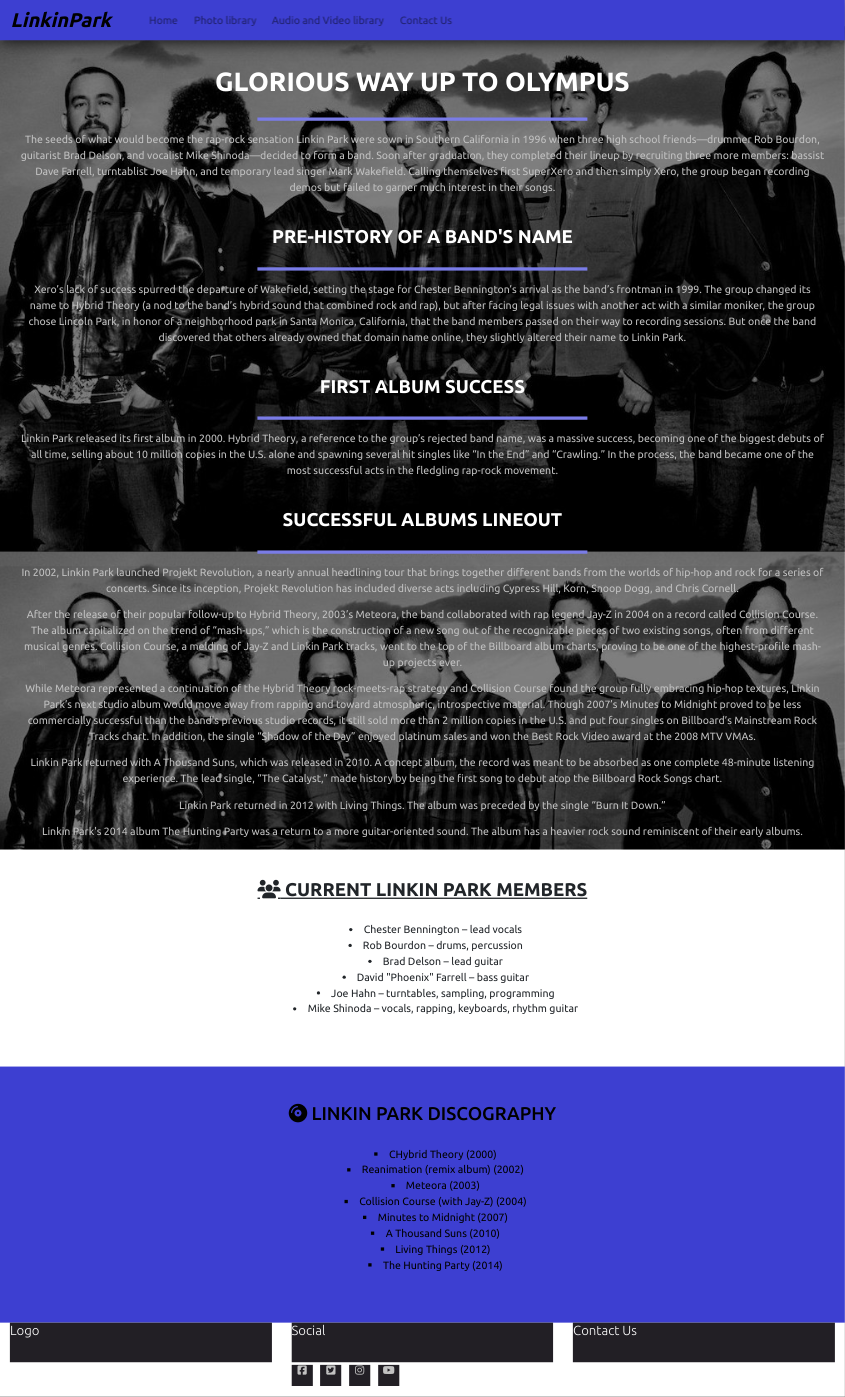
Repository: vaida898/website
Page: index.html
The author's editor kept a record of every edit. The page is drawn from the files as they stood at one moment, then again after the next edit.
The browser window is 1280 px wide. The pictures show the whole page, at 66% of full size.
Backgrounds fixed to the window are drawn as part of the page. Some web libraries are served in a nearby version.

Above is the page before.
Console error: TypeError: Cannot read properties of undefined (reading 'fn')

### index.html
<!DOCTYPE html>
<html lang="en">

<head>
    <meta charset="UTF-8">
    <meta name="viewport" content="width=device-width, initial-scale=1.0">
    <meta http-equiv="X-UA-Compatible" content="ie=edge">
    <title>LinkinPark website</title>

    <link rel="stylesheet" href="https://stackpath.bootstrapcdn.com/bootstrap/4.3.1/css/bootstrap.min.css" integrity="sha384-ggOyR0iXCbMQv3Xipma34MD+dH/1fQ784/j6cY/iJTQUOhcWr7x9JvoRxT2MZw1T" crossorigin="anonymous">
    <script src="https://kit.fontawesome.com/642fee131a.js" crossorigin="anonymous"></script>
    <script src="https://stackpath.bootstrapcdn.com/bootstrap/4.3.1/js/bootstrap.min.js" integrity="sha384-JjSmVgyd0p3pXB1rRibZUAYoIIy6OrQ6VrjIEaFf/nJGzIxFDsf4x0xIM+B07jRM" crossorigin="anonymous"></script>
    <link rel="stylesheet" href="https://cdnjs.cloudflare.com/ajax/libs/hover.css/2.3.1/css/hover-min.css" type="text/css" />
    <!-- Google font "Ubuntu" -->

    <link href="https://fonts.googleapis.com/css?family=Ubuntu:300,400,500,600,700&display=swap" rel="stylesheet">
    <link rel="stylesheet" href="css/style.css" type="text/css" />

</head>

<body>

    <!-- Navigation bar -->

    <header>
        <div class="container-fluid navalert-container">
            <nav class="navbar navbar-light navbar-expand-sm" style="background-color: #3D3FD1">
                <a target="_blank" href="#">
                    <i class="brand">LinkinPark</i>
                </a>
                <button class="navbar-toggler ml-auto" type="button" data-toggle="collapse" data-target="#navbarNavDropdown" aria-controls="navbarNavDropdown" aria-expanded="false" aria-label="Toggle navigation">
        <span class="navbar-toggler-icon"></span></button>

                <div id="navbarNavDropdown" class="collapse navbar-collapse">
                    <ul class="navbar-nav mr-auto">
                        <li class="nav-item mr-2 hvr-glow"><a class="nav-link" href="/">Home</a></li>
                        <li class="nav-item mr-2 hvr-glow"><a class="nav-link" href="/Photo library">Photo library</a></li>
                        <li class="nav-item mr-2 hvr-glow"><a class="nav-link" href="/Audio and Video library">Audio and Video library</a></li>
                        <li class="nav-item mr-2 hvr-glow"><a class="nav-link" href="/Contact Us">Contact Us</a></li>
                    </ul>
                </div>
            </nav>
        </div>
    </header>

    <!-- Band's history section -->

    <div class="container-fluid history-container">
        <div class="opaque-overlay">&nbsp;</div>
        <section class="about us">
            <div class="row no-gutters">
                <div class="col-sm-12 col-lg-12 page-header">
                    <h1 class="text-uppercase jumbotron-header page-header">Glorious way up to olympus</h1>
                    <hr class="block-divider">
                </div>
            </div>
            <div class="row no-gutters">
                <div class="col-12">
                    <p class="jumbotron-text">The seeds of what would become the rap-rock sensation Linkin Park were sown in Southern California in 1996 when three high school friends—drummer Rob Bourdon, guitarist Brad Delson, and vocalist Mike Shinoda—decided to form a band.
                        Soon after graduation, they completed their lineup by recruiting three more members: bassist Dave Farrell, turntablist Joe Hahn, and temporary lead singer Mark Wakefield. Calling themselves first SuperXero and then simply Xero,
                        the group began recording demos but failed to garner much interest in their songs.</p>
                </div>
            </div>


            <div class="row no-gutters">
                <div class="col-12">
                    <h3 class="text-uppercase jumbotron-paragraph page-header">Pre-history of a band's name</h3>
                    <hr class="block-divider">
                    <p class="jumbotron-text">Xero’s lack of success spurred the departure of Wakefield, setting the stage for Chester Bennington’s arrival as the band’s frontman in 1999. The group changed its name to Hybrid Theory (a nod to the band’s hybrid sound that combined
                        rock and rap), but after facing legal issues with another act with a similar moniker, the group chose Lincoln Park, in honor of a neighborhood park in Santa Monica, California, that the band members passed on their way to recording
                        sessions. But once the band discovered that others already owned that domain name online, they slightly altered their name to Linkin Park.</p>
                </div>
            </div>

            <div class="row no-gutters">
                <div class="col-12">
                    <h3 class="text-uppercase jumbotron-paragraph page-header">First Album success</h3>
                    <hr class="block-divider">
                    <p class="jumbotron-text">Linkin Park released its first album in 2000. Hybrid Theory, a reference to the group’s rejected band name, was a massive success, becoming one of the biggest debuts of all time, selling about 10 million copies in the U.S. alone and
                        spawning several hit singles like “In the End” and “Crawling.” In the process, the band became one of the most successful acts in the fledgling rap-rock movement.</p>
                </div>
            </div>

            <div class="row no-gutters">
                <div class="col-12">
                    <h3 class="text-uppercase jumbotron-paragraph page-header">Successful albums lineout</h3>
                    <hr class="block-divider">
                    <p class="jumbotron-text">In 2002, Linkin Park launched Projekt Revolution, a nearly annual headlining tour that brings together different bands from the worlds of hip-hop and rock for a series of concerts. Since its inception, Projekt Revolution has included
                        diverse acts including Cypress Hill, Korn, Snoop Dogg, and Chris Cornell.</p>

                    <p class="jumbotron-text">After the release of their popular follow-up to Hybrid Theory, 2003’s Meteora, the band collaborated with rap legend Jay-Z in 2004 on a record called Collision Course. The album capitalized on the trend of “mash-ups,” which is the
                        construction of a new song out of the recognizable pieces of two existing songs, often from different musical genres. Collision Course, a melding of Jay-Z and Linkin Park tracks, went to the top of the Billboard album charts, proving
                        to be one of the highest-profile mash-up projects ever.</p>

                    <p class="jumbotron-text">While Meteora represented a continuation of the Hybrid Theory rock-meets-rap strategy and Collision Course found the group fully embracing hip-hop textures, Linkin Park’s next studio album would move away from rapping and toward atmospheric,
                        introspective material. Though 2007’s Minutes to Midnight proved to be less commercially successful than the band's previous studio records, it still sold more than 2 million copies in the U.S. and put four singles on Billboard’s
                        Mainstream Rock Tracks chart. In addition, the single “Shadow of the Day” enjoyed platinum sales and won the Best Rock Video award at the 2008 MTV VMAs.</p>

                    <p class="jumbotron-text">Linkin Park returned with A Thousand Suns, which was released in 2010. A concept album, the record was meant to be absorbed as one complete 48-minute listening experience. The lead single, “The Catalyst,” made history by being the
                        first song to debut atop the Billboard Rock Songs chart.</p>

                    <p class="jumbotron-text">Linkin Park returned in 2012 with Living Things. The album was preceded by the single “Burn It Down.”</p>

                    <p class="jumbotron-text">Linkin Park's 2014 album The Hunting Party was a return to a more guitar-oriented sound. The album has a heavier rock sound reminiscent of their early albums.</p>
                </div>
            </div>
        </section>
    </div>
    </div>
    </div>


    <!-- Members -->

    <div class="container-wrapper">
        <div class="container members-container">
            <section class="Band members text-center">
                <div class="row">
                    <div class="col-12 col-md-12 my-4">
                        <h3 class="text-uppercase members-header"><i class="fas fa-users d-none d-sm-inline"></i> Current Linkin Park members</h3>
                    </div>
                </div>
                <div class="row">
                    <div class="col-12 col-md-12">
                        <ul class="members-list">
                            <li class="members-list-item">Chester Bennington – lead vocals</li>
                            <li class="members-list-item">Rob Bourdon – drums, percussion</li>
                            <li class="members-list-item">Brad Delson – lead guitar</li>
                            <li class="members-list-item">David "Phoenix" Farrell – bass guitar</li>
                            <li class="members-list-item">Joe Hahn – turntables, sampling, programming</li>
                            <li class="members-list-item">Mike Shinoda – vocals, rapping, keyboards, rhythm guitar</li>
                        </ul>
                    </div>
                </div>
            </section>
        </div>
    </div>

    <!--Discography -->

    <div class="container-wrapper container-wrapper--blue">
        <div class="container discography-container">
            <section class="Band discography text-center">
                <div class="row">
                    <div class="col-12 col-md-12 my-4">
                        <h3 class="text-uppercase discs-header"><i class="fas fa-compact-disc d-none d-sm-inline"></i> Linkin Park discography</h3>
                    </div>
                </div>
                <div class="row">
                    <div class="col-12 col-md-12">
                        <ul class="disks-list">
                            <li class="disks-list-item">CHybrid Theory (2000)</li>
                            <li class="disks-list-item">Reanimation (remix album) (2002)</li>
                            <li class="disks-list-item">Meteora (2003)</li>
                            <li class="disks-list-item">Collision Course (with Jay-Z) (2004)</li>
                            <li class="disks-list-item">Minutes to Midnight (2007)</li>
                            <li class="disks-list-item">A Thousand Suns (2010)</li>
                            <li class="disks-list-item">Living Things (2012)</li>
                            <li class="disks-list-item">The Hunting Party (2014)</li>
                        </ul>
                    </div>
                </div>
            </section>
        </div>
    </div>


    <!--Footer-->


    <footer class="container-fluid">
        <div id="footer-details" class="row">
            <div class="col-sm-4">
                <h5 class="sub-style">Logo</h5>
            </div>
            <div class="col-sm-4">
                <h5 class="sub-style">Social</h5>
                <ul class="list-inline social-links">
                    <li class="list-inline-item">
                        <a target="_blank" href="#">
                                <i class="fab fa-facebook-square" aria-hidden="true">
                                     <span class="sr-only">Facebook</span>
                                </i>
                        </a>
                    </li>
                    <li class="list-inline-item">
                        <a target="_blank" href="#">
                            <i class="fab fa-twitter-square" aria-hidden="true">
                                <span class="sr-only">Twitter</span>
                            </i>
                        </a>
                    </li>
                    <li class="list-inline-item">
                        <a target="_blank" href="#">
                            <i class="fab fa-instagram" aria-hidden="true">
                                <span class="sr-only">Instagram</span>
                            </i>
                        </a>
                    </li>
                    <li class="list-inline-item">
                        <a target="_blank" href="#">
                            <i class="fab fa-youtube" aria-hidden="true">
                                <span class="sr-only">Youtube</span>
                            </i>
                        </a>
                    </li>
                </ul>
            </div>
            <div class="col-sm-4">
                <h5 class="sub-style">Contact Us</h5>
            </div>
        </div>
    </footer>

    <script src="https://code.jquery.com/jquery-3.3.1.slim.min.js" integrity="sha384-q8i/X+965DzO0rT7abK41JStQIAqVgRVzpbzo5smXKp4YfRvH+8abtTE1Pi6jizo" crossorigin="anonymous"></script>
    <script src="https://cdnjs.cloudflare.com/ajax/libs/popper.js/1.14.7/umd/popper.min.js" integrity="sha384-UO2eT0CpHqdSJQ6hJty5KVphtPhzWj9WO1clHTMGa3JDZwrnQq4sF86dIHNDz0W1" crossorigin="anonymous"></script>
    <script src="https://stackpath.bootstrapcdn.com/bootstrap/4.3.1/js/bootstrap.min.js" integrity="sha384-JjSmVgyd0p3pXB1rRibZUAYoIIy6OrQ6VrjIEaFf/nJGzIxFDsf4x0xIM+B07jRM" crossorigin="anonymous"></script>

</body>

</html>

### css/style.css

body {
    font-family: 'Ubuntu', sans-serif;
}

/* Navbar */

.navalert-container {
    position: fixed;
    top: 0;
    left: 0;
    padding-left: 0;
    padding-right: 0;
    z-index: 1;
}

.navbar {
    margin-bottom: 0;
    border: 0;
    width: 100%;
    background-color: rgba(0, 0, 0, 0.25);
    box-shadow: 0 0 25px 0 black;
}

.brand {
    font-weight: bold;
    color: black;
    font-size: 30px;
    padding-right: 50px;
}

.navbar-inner {
    background: transparent;
}

/* Page header */

.page-header {
    margin-top: 30px;
    margin-bottom: 0;
    border-bottom: 0;
    text-align: center;
}

.members-header {
    margin-top: 0;
    font-weight: bold;
    text-decoration: underline;

}

.container-wrapper {}

.container-wrapper--blue {
    background-color: #3D3FD1;
    color: black;
}

.history-container {
    background: url(../images/background.jpg) no-repeat center center fixed;
    background-size: cover;
    -webkit-background-size: cover;
    -moz-background-size: cover;
    -o-background-size: cover;


    top: 40px;
    display: flex;
    align-items: center;
    justify-content: center;
    text-align: center;
    padding-left: 30px;
    padding-right: 30px;

    position: relative;
}

.opaque-overlay {
    position: absolute;
    width: 100%;
    height: 100%;
    top: 0;
    left: 0;
    background-color: rgba(0, 0, 0, 0.5);
}


.discography-container {
    padding-top: 30px;
    padding-bottom: 30px;
}



/* Block-divider */

.block-divider {
    width: 500px;
    height: 5px;
    border: 0;
    background-color: #7A7CE7;
}

/* Members container*/

.members-container {
    padding-top: 60px;
    padding-bottom: 60px;
}

/* Discogrpahy container */

.discography-container {
    padding-bottom: 60px;
}



/* Paragraphs of About Us container */


/* Members list */

.members-list {
    text-align: center;
    list-style: inside;
    list-style-type: disc;
}

/* Discogrpahy list */

.disks-list {
    text-align: center;
    list-style: inside;
    list-style-type: square;
}

/* Jumbotron */

.jumbotron-header {
    color: white;
    font-weight: bold;
    margin-top: 30px;
    margin-bottom: 30px;
}

.jumbotron-paragraph {
    color: white;
    font-weight: bold;
    margin-top: 30px;
    margin-bottom: 30px;
}

.jumbotron-text {
    color: #C2C2C2;
}

/* Footer */

.sub-style {
    font-family: "Ubuntu", sans-serif;
    font-weight: 300;
    color: white;
    min-height: 60px;
    background-color: #221F25;
    margin: 0;
    padding: 0;
}

.social-links li a i {
    width: 32px;
    height: 32px;
    text-align: center;
    color:#C2C2C2;
    background: #221F25;
    transition: all 0.35s ease-in-out;
    -moz-transition: all 0.35s ease-in-out;
    -webkit-transition: all 0.35s ease-in-out;
    -o-transition: all 0.35s ease-in-out;
}

.social-links li a i:hover {
    color: #3D3FD1;
}

After the next edit:
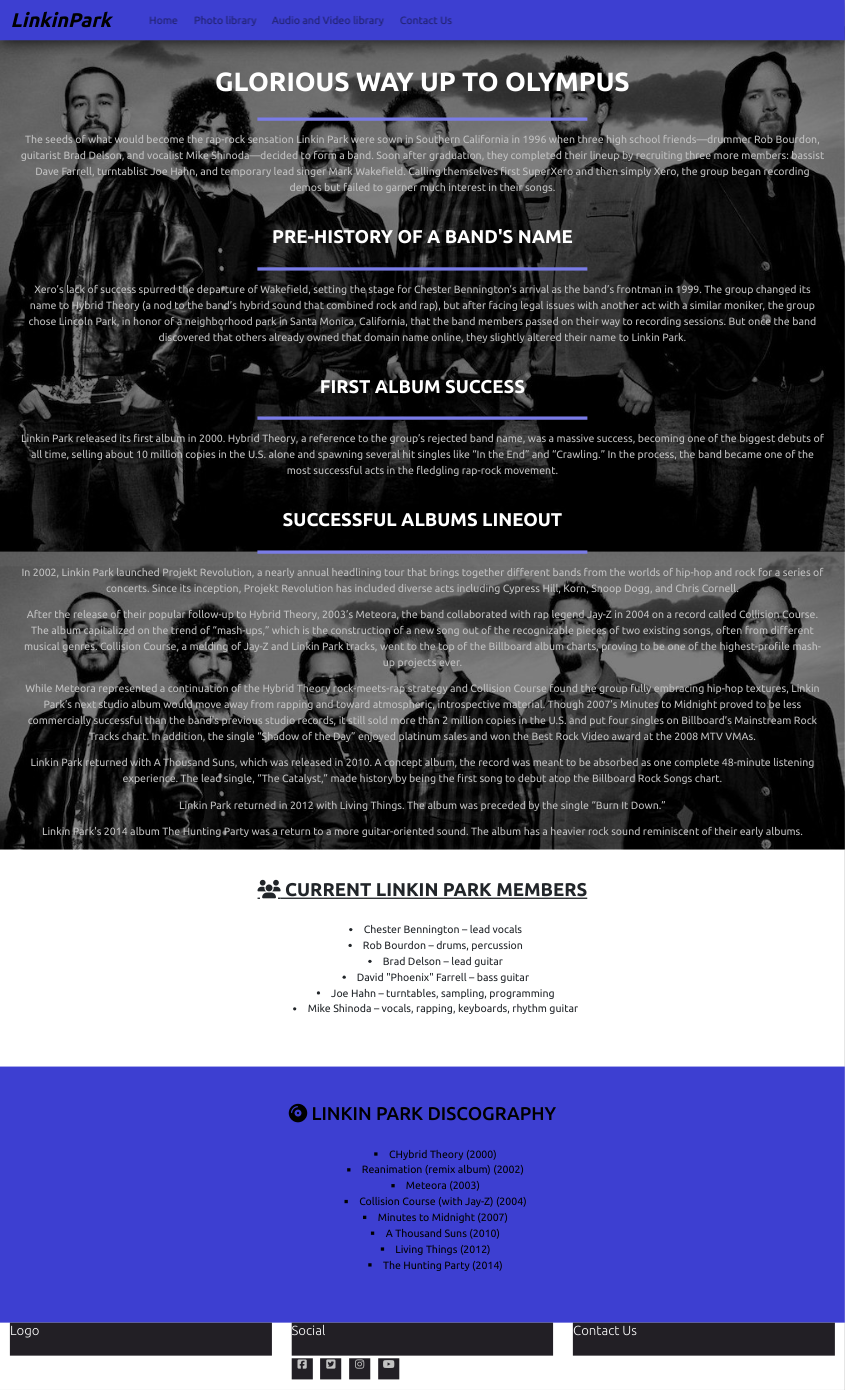
The edit:
--- a/css/style.css
+++ b/css/style.css
@@ -161,7 +161,7 @@
     font-family: "Ubuntu", sans-serif;
     font-weight: 300;
     color: white;
-    min-height: 60px;
+    min-height: 50px;
     background-color: #221F25;
     margin: 0;
     padding: 0;
